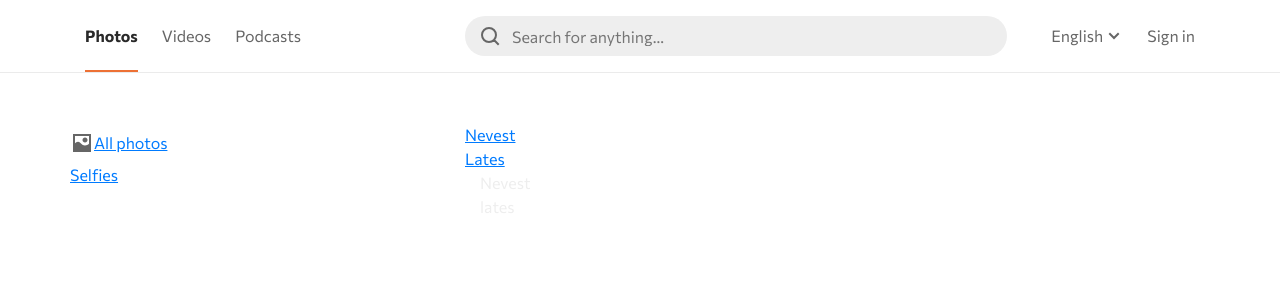
Repository: densavi/djinni
Page: index.html
An editor plug-in stored every save of this project. The page is shown before and after the next save, followed by the edit.
The browser window is 1280 px wide. The pictures show the whole page.
The style sheet was rebuilt from its Sass, Less or Tailwind sources for each picture, by a compiler version that may differ from the author's.

Above is the page before, as saved 2023-04-10 23:34:26.

After the next save:
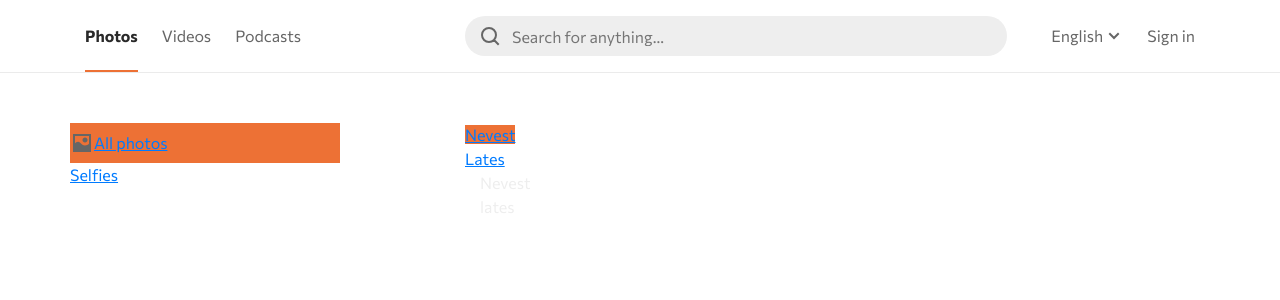
Saved 16 s later.
--- a/css/components/_sidebar.scss
+++ b/css/components/_sidebar.scss
@@ -5,5 +5,8 @@
   }
   &__link {
     height: 40px;
+    &.active {
+      background: $orange;
+    }
   }
 }
